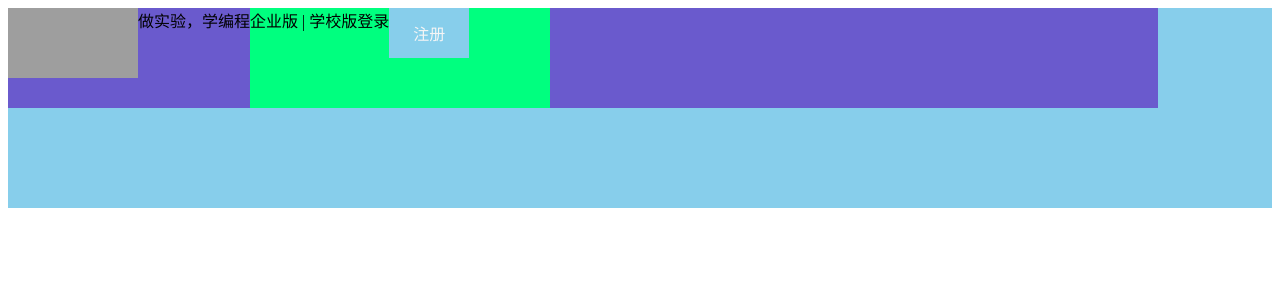
Repository: wuguozheng/xxbb
Page: /
These files come from the project's save history. The page is drawn as it stood at one moment and after the next save; the edit follows.
The browser window is 1280 px wide. The pictures show the whole page.
Pictures or frames that could not be fetched are drawn as grey boxes. The project was rebuilt for these pictures with package versions that can differ from the ones it lists, and the page was loaded fresh each time.

Above is the page before, as saved 2020-06-01 12:00:33.

After the next save:
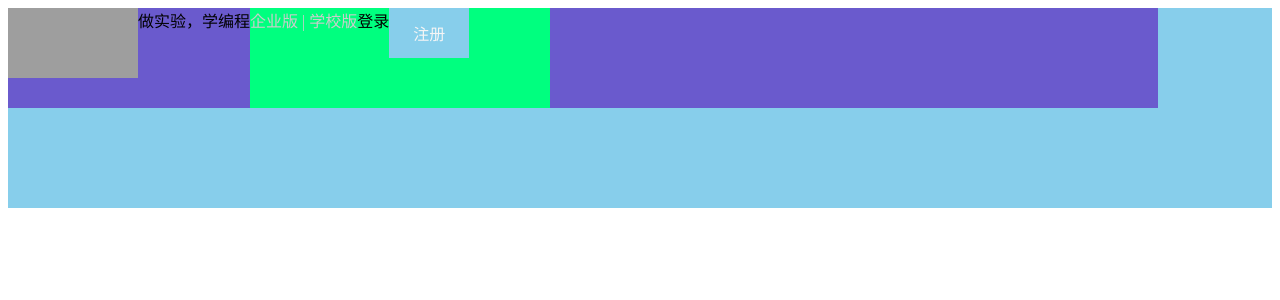
Saved 2 min 22 s later.
--- a/src/components/home/Mxs1.vue
+++ b/src/components/home/Mxs1.vue
@@ -5,7 +5,7 @@
        <img data-v-7629dae3="" src="https://static.shiyanlou.com/frontend/dist/img/9f43b00.svg" alt="实验楼" width="130" height="70">
        <div>做实验，学编程</div>
        <div class="rap-2">
-         <div>企业版 | 学校版</div>
+         <div class="timi-1">企业版 | 学校版</div>
          <div>登录</div>
          <div class="timi">注册</div>
        </div>
@@ -70,4 +70,7 @@
   align-items: center;
   color: whitesmoke;
 }
+.timi-1 {
+  color: #ccc;
+}
 </style>
